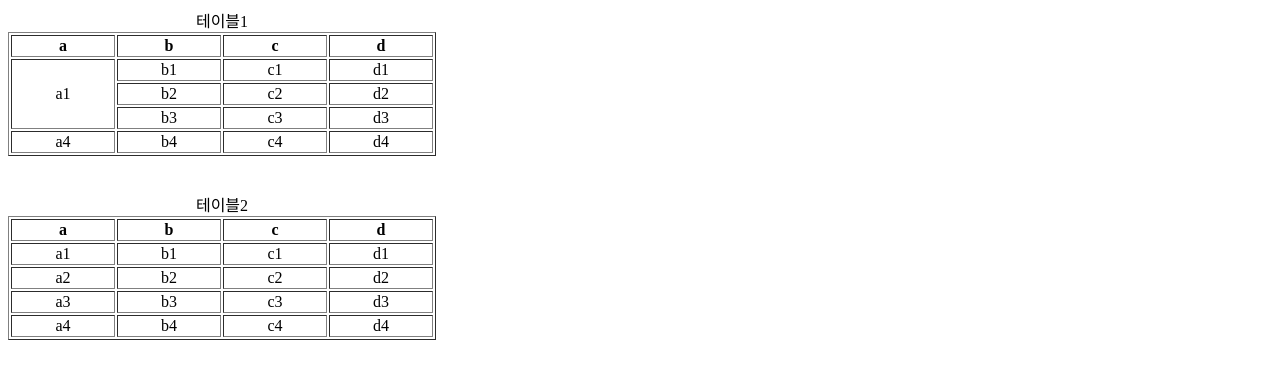
Repository: roditee/Frontend_ex
Page: HTML01/src/main/webapp/table.html
The author's editor kept a copy of each file at every save. The page is drawn from the files as they stood at one save, then again after the next save.
The browser window is 1280 px wide. The pictures show the whole page.

Above is the page before, as saved 2021-12-02 05:14:38.

After the next save:
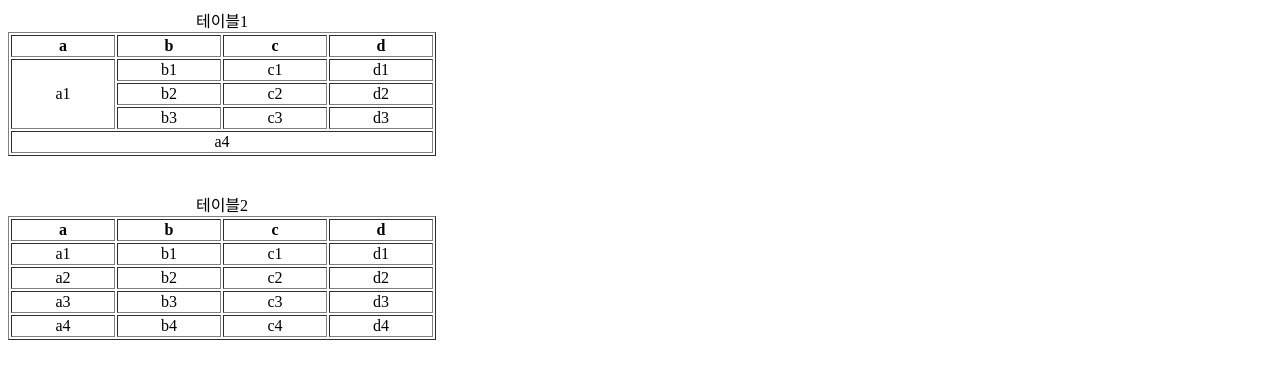
Saved 29 s later.
--- a/HTML01/src/main/webapp/table.html
+++ b/HTML01/src/main/webapp/table.html
@@ -15,7 +15,7 @@
 			<tr><td rowspan="3">a1</td><td>b1</td><td>c1</td><td>d1</td></tr>
 			<tr><td>b2</td><td>c2</td><td>d2</td></tr>
 			<tr><td>b3</td><td>c3</td><td>d3</td></tr>
-			<tr><td>a4</td><td>b4</td><td>c4</td><td>d4</td></tr>
+			<tr><td colspan="4">a4</td></tr>
 		</table>
 
 		<br><br>
